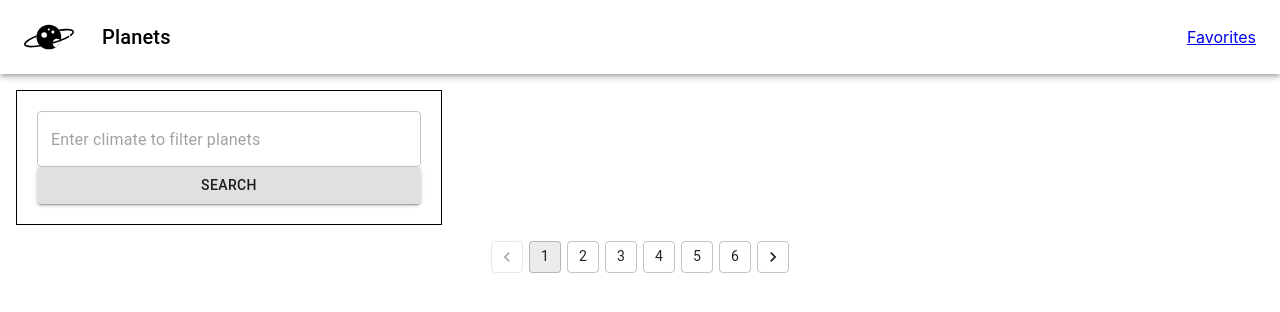
Repository: samridhie01/assignment
Page: /
The author's editor kept a copy of each file at every save. The page is drawn from the files as they stood at one save, then again after the next save.
The browser window is 1280 px wide. The pictures show the whole page.
The page's requests for data from a server got no answer. The project was rebuilt for these pictures with package versions that can differ from the ones it lists, and the page was loaded fresh each time. A package was used in the major version that the imports need, not the one package.json lists. No one was signed in, and anything a server would have sent is missing. Also part of the build but not shown: src/components/planets/PlanetTile.tsx, src/components/planets/Planets.tsx, src/components/details/SpecificPlanetRetrievalService.ts, src/components/details/Details.tsx, src/components/favorites/Favorites.tsx.

Above is the page before, as saved 2020-08-21 19:08:11.

### src/index.tsx
import React from 'react';
import ReactDOM from 'react-dom';
import './index.css';
import App from './components/app/App';
import * as serviceWorker from './serviceWorker';
import { BrowserRouter } from 'react-router-dom';
import { Provider } from 'react-redux';
import rootReducer from './reducers';
import { createStore } from 'redux';
import store from "../src/store/index"
import { addPlanetData } from './actions';



ReactDOM.render(
  <React.StrictMode>

    <BrowserRouter>
    <Provider store={store}>
    <App />
    </Provider>
    </BrowserRouter>

  </React.StrictMode>,
  document.getElementById('root')
);

// If you want your app to work offline and load faster, you can change
// unregister() to register() below. Note this comes with some pitfalls.
// Learn more about service workers: https://bit.ly/CRA-PWA
serviceWorker.unregister();

### src/components/app/App.tsx
import React, { useEffect, useState } from "react";
import { Route, Switch } from "react-router-dom";
import HomePage from "../homePage/HomePage";
import Details from "../details/Details";
import Favorites from "../favorites/Favorites";
import { PlanetData } from "../module/types";

const App = () => {
  const [favs, setFavs] = useState<PlanetData[]>([]);

  const addToFavs = (data: any) => {
    if(favs.includes(data)){
      return;
    }
      let newArr = [...favs, data];
      setFavs(newArr);
  };

  return (
    <main>
      <Switch>
        <Route
          exact
          path="/"
          render={() => <HomePage handleAddToFavs={addToFavs} />}
        />
        <Route path="/details" component={Details} />
        <Route path="/favs" render={() => <Favorites listOfFavs={favs} />} />
      </Switch>
    </main>
  );
};
export default App;

### src/store/index.ts
import {createStore} from 'redux';
import rootReducer from '../reducers/index';

const store = createStore(rootReducer);

export default store;

### src/components/homePage/HomePage.tsx
import React, { useEffect, useState, ChangeEvent } from "react";
import { useStyles } from "./HomePageStyle";
import Header from "../header/Header";
import Planets from "../planets/Planets";
import SearchBox from "../searchBox/SearchBox";
import { getPlanetData, getPlanetDataPage } from "./PlanetRetrievalService";
import Pagination from "@material-ui/lab/Pagination";
import { PlanetData } from "../module/types";
import { Box } from "@material-ui/core";

interface PlanetOverview {
  handleAddToFavs: (element: any) => void;
}

const HomePage: React.FC<PlanetOverview> = ({ handleAddToFavs }) => {
  const [planetData, setPlanetData] = useState<PlanetData[]>([]);

  const handleNewPage = (page: number) => {
    getPlanetDataPage(page).then(res => {
      setPlanetData(res.data.results);
    });
  };

  const fetchData = () => {
    getPlanetData().then(res => {
      setPlanetData(res.data.results);
      localStorage.setItem("planetData", res.data.results);
    });
  };

  useEffect(() => {
    fetchData();
  }, []);

  const handlePageChange = (event: ChangeEvent<unknown>, value: number) => {
    handleNewPage(value);
  };

  const updatePlanetSearchResult = (key: string | null) => {
    if (key == "") {
      fetchData();
      return;
    }
    const newData = planetData.filter(data => {
      if (
        key == null ||
        data.climate.toLowerCase().includes(key.toLowerCase())
      ) {
        return data;
      }
    });
    setPlanetData(newData);
  };

  const classes = useStyles();
  if (localStorage.getItem("planetData") != null) {
  }

  return (
    <>
      <Header path="/favs" linkName={"Favorites"} />
      <Box>
      <SearchBox handleSearch={updatePlanetSearchResult} />
        {planetData &&
          planetData.map((element: PlanetData, index: number) => {
            return (
              <Planets
                data={element}
                onSaveClick={() => {
                  handleAddToFavs(element);
                }}
              />
            );
          })}


      <Pagination
        count={6}
        defaultPage={1}
        variant="outlined"
        shape="rounded"
        className={classes.indexing}
        onChange={handlePageChange}
      />
       </Box>
    </>
  );
};
export default HomePage;

### src/reducers/index.ts
import { ADD_PLANETDATA } from '../constants/action-types';
import { PlanetActionTypes, Planet, PlanetState } from '../store/types';

const initialState: PlanetState = {
    planetData: []
};

function rootReducer(state=initialState, action:PlanetActionTypes):PlanetState{
    if(action.type == ADD_PLANETDATA){
        return{
            planetData: [...state.planetData, action.payload]
        }
    }
    return state;
}

export default rootReducer;

### src/components/homePage/HomePageStyle.ts
import { makeStyles, createStyles, Theme } from "@material-ui/core/styles";

export const useStyles = makeStyles((theme: Theme) =>
  createStyles({
    flexContainer: {
      display: "inline-flex",
      flex: "1 0 50%",
      textAlign: "center",
      padding: "10px",
      overflow: "hidden",

    },
    item: {
      alignSelf: "flex-end",
    },
    stopShrink: {
      alignSelf: "flex-start"
    },
    indexing: {
      display: "flex",
      justifyContent: "center"
    },
    title: {
      flexGrow: 1
    }
  })
);

### src/components/header/Header.tsx
import React from "react";
import AppBar from "@material-ui/core/AppBar";
import {Toolbar, makeStyles, createStyles, IconButton, Button,Theme} from "@material-ui/core";
import {ReactComponent as PlanetIcon} from "../../assets/planet.svg";
import Typography from "@material-ui/core/Typography";
import { Link } from "react-router-dom";

const useStyles = makeStyles((theme: Theme) =>
  createStyles({
    root: {
      flexGrow: 1,
    },
    menuButton: {
      marginRight: theme.spacing(2),
    },
    title: {
      flexGrow: 1,
    },
    logo: {
       width: 50,
       height: 50
      },
  }),
);

interface HeaderProps{
  path: string,
  linkName: string
}

const Header:React.FC<HeaderProps> = ({
  path,
  linkName
})=>{
    const classes=useStyles();
return(
<AppBar color="inherit"  position="static">
    <Toolbar>
        <IconButton edge="start" className={classes.menuButton} color="inherit" aria-label="menu">
        <PlanetIcon className={classes.logo}/>
        </IconButton>
        <Typography variant="h6" className={classes.title}>
            Planets
        </Typography>
         <Link to={{pathname: `${path}`}} color="inherit">{linkName}</Link>
        {/* <Link to={{pathname: `${path}`}} color="inherit">{linkName}</Link> */}
    </Toolbar>
</AppBar>
)


}

export default Header;

### src/components/searchBox/SearchBox.tsx
import React, { useState, useEffect } from "react";
import {
  Button,
  Box,
  TextField,
  Theme,
  makeStyles,
  createStyles
} from "@material-ui/core";

const useStyles = makeStyles((theme: Theme) =>
  createStyles({
    alignCenter:{
      justifyItems: "center"
    }

  })
);

interface Search {
  handleSearch: (key: string|null) => void;
}

const SearchBox: React.FC<Search> = ({ handleSearch }) => {
  const [searchItem, setSearchItem] = useState<string|null>("");
  const handleSearchChange = (event: any) => {
    setSearchItem(event.target.value);

  };

  const classes = useStyles();
  return (
    <>
      <Box
        height="250%"
        border={1}
        m={2}
        display="inline-flex"
        flexDirection="column"
        width="30%"
        padding="20px"
      >
        <TextField
          variant="outlined"
          onChange={handleSearchChange}
          placeholder="Enter climate to filter planets"
          className={classes.alignCenter}
        />
        <Button
          variant="contained"
          onClick={() => {
            handleSearch(searchItem);
          }}
          fullWidth={false}
        >
          Search
        </Button>
      </Box>
    </>
  );
};

export default SearchBox;

### src/components/homePage/PlanetRetrievalService.ts
import axios from "axios";

const currentVersion = "2";
let data = localStorage.getItem("data");
let version = localStorage.getItem("version");

export const getPlanetData = async () => {
  const res = await axios({
    method: "GET",
    url: `https://swapi.dev/api/planets`
  });
  return res;
};

export const getPlanetDataPage = async (page: number) => {
  const res = await axios({
    method: "GET",
    url: `http://swapi.dev/api/planets/?page=${page}`
  });
  return res;
};

### src/constants/action-types.ts
export const ADD_PLANETDATA="ADD_PLANETDATA"

Loaded but not shown: public/index.html (common file); src/index.css (common file); src/serviceWorker.ts (common file)

After the next save:
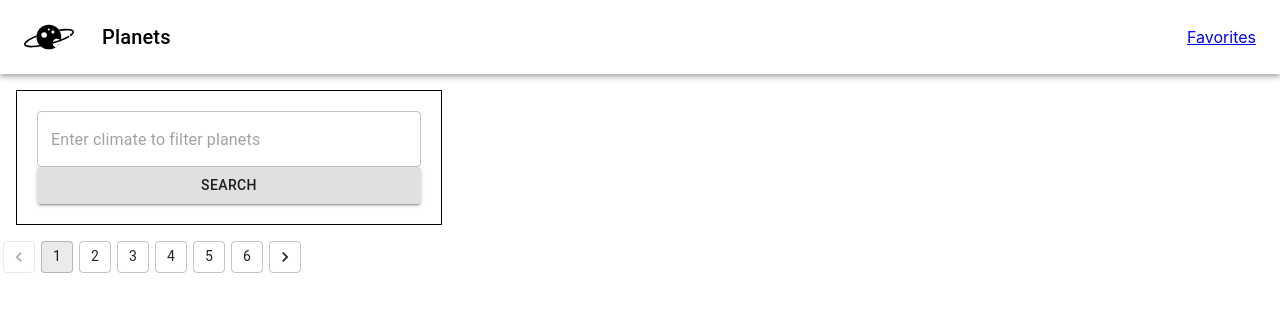
Saved 29 s later.
--- a/src/components/homePage/HomePageStyle.ts
+++ b/src/components/homePage/HomePageStyle.ts
@@ -17,8 +17,7 @@ export const useStyles = makeStyles((theme: Theme) =>
       alignSelf: "flex-start"
     },
     indexing: {
-      display: "flex",
-      justifyContent: "center"
+      alignItems:"flex-end"
     },
     title: {
       flexGrow: 1
